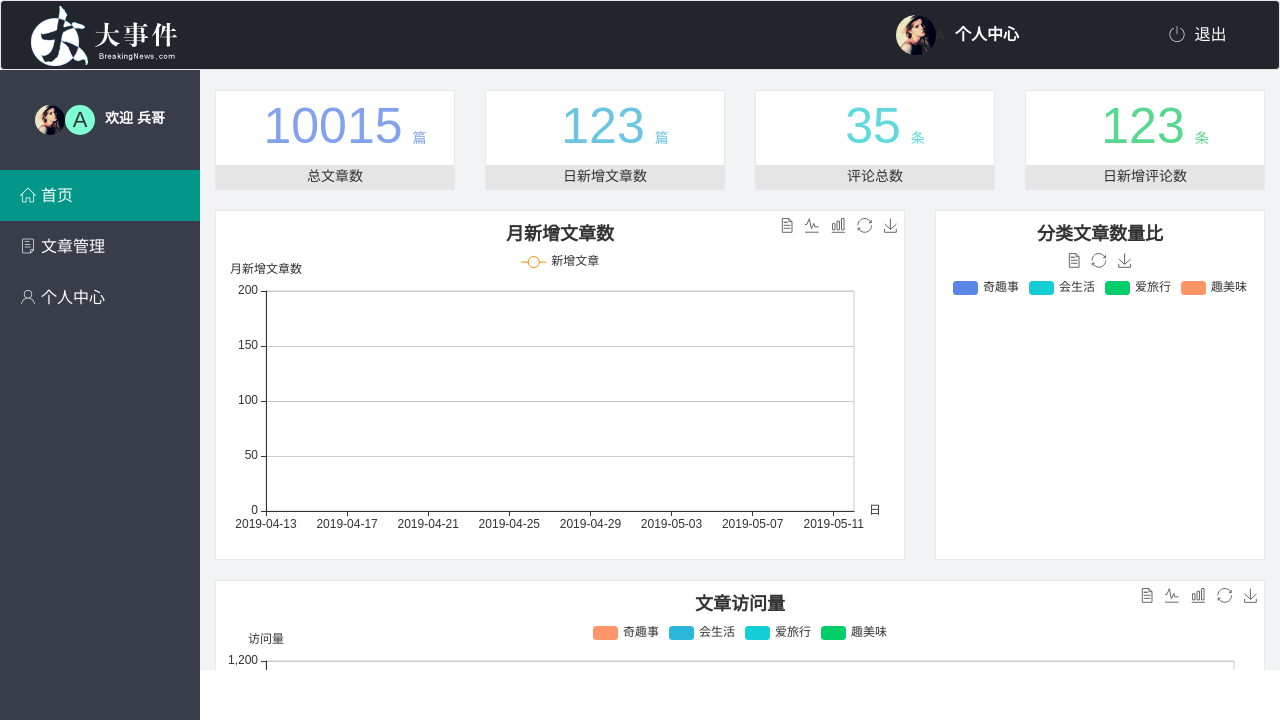
Repository: pursuit-YHP/project_dashijian
Page: index.html
An editor plug-in stored every save of this project. The page is shown before and after the next save, followed by the edit.
The browser window is 1280 px wide. The pictures show the whole page.
The style sheet was rebuilt from its Sass, Less or Tailwind sources for each picture, by a compiler version that may differ from the author's.

Above is the page before, as saved 2022-03-13 21:17:09.

### index.html
<!DOCTYPE html>
<html lang="en">

<head>
    <meta charset="UTF-8">
    <meta http-equiv="X-UA-Compatible" content="IE=edge">
    <meta name="viewport" content="width=device-width, initial-scale=1.0">
    <title>Document</title>
    <link rel="stylesheet" href="./assets/lib/bootstrap.css">
    <link rel="stylesheet" href="./assets/css/index.css">
    <link rel="stylesheet" href="./assets/fonts/iconfont.css">
</head>

<body>
    <!-- 头部 -->
    <nav class="navbar navbar-default">
        <div class="container-fluid">
            <div class="navbar-header">
                <a class="navbar-brand" href="#">
                    <img alt="Brand" src="./assets/images/logo.png">
                </a>
            </div>
            <div class="setting">
                <div class="tx_zoom">
                    <div class="touxiang"></div>
                    <span class="default_ava_myzoom">A</span>

                    <label class="myzoon">个人中心</label>
                </div>
                <div class="unlogin">
                    <span class="iconfont icon-tuichu"></span>
                    <span>退出</span>
                </div>
            </div>
        </div>

    </nav>
    <!-- 侧边导航栏 -->
    <aside>
        <div class="aside_head">
            <span class="user_ava"></span>
            <span class="default_ava">A</span>
            <label for="">欢迎 兵哥</label>

        </div>
        <div class="aside_body">
            <ul>
                <li class="current_li">
                    <a href="./home/dashboard.html" target="fm"><span class="iconfont icon-home"></span>首页</a>
                </li>
                <li><a href="javasecipt:;"><span class="iconfont icon-16"></span>文章管理</a></li>
                <ul>
                    <li><a href=""><span class="iconfont icon-16"></span>文章类别</a></li>
                    <li><a href=""><span class="iconfont icon-16"></span>文章列表</a></li>
                    <li><a href=""><span class="iconfont icon-16"></span>发表文章</a></li>
                </ul>
                <li><a href="javasecipt:;"><span class="iconfont icon-user"></span>个人中心</a></li>
                <ul>
                    <li><a href=""><span class="iconfont icon-16"></span>基本资料</a></li>
                    <li><a href=""><span class="iconfont icon-16"></span>更换头像</a></li>
                    <li><a href=""><span class="iconfont icon-16"></span>重置密码</a></li>
                </ul>
            </ul>
        </div>
    </aside>
    <!-- 中心区域 -->
    <main>
        <iframe name="fm" src="./home/dashboard.html" frameborder="0"></iframe>
    </main>
    <script src="./assets/lib/jquery.js"></script>
    <script src="/assets/js/baseAPI.js"></script>
    <script src="./assets/js/index.js"></script>
</body>

</html>

### assets/js/baseAPI.js
// 在每次执行ajax请求之前, 都会执行ajaxPrefilter(option)函数,option就是发起请求传递的配置项,
// 我们可以通过修改option.url来配置根路径
$.ajaxPrefilter(function(option) {
    // console.log(option.url);
    option.url = "http://www.liulongbin.top:3007" + option.url
})

### home/dashboard.html
<!DOCTYPE html>
<html lang="en">

<head>
  <meta charset="UTF-8">
  <meta name="viewport" content="width=device-width, initial-scale=1.0">
  <meta http-equiv="X-UA-Compatible" content="ie=edge">
  <title>图表统计</title>
  <link rel="stylesheet" href="../../assets/lib/bootstrap.css" />
  <link rel="stylesheet" href="../../assets/lib/main.css" />
  <script src="../../assets/lib/jquery.js"></script>
  <script type="text/javascript" src="../../assets/lib/echarts.min.js"></script>
</head>

<body>
  <div class="container-fluid">
    <div class="row spannel_list">
      <div class="col-sm-3 col-xs-6">
        <div class="spannel">
          <em>10015</em><span>篇</span>
          <b>总文章数</b>
        </div>
      </div>
      <div class="col-sm-3 col-xs-6">
        <div class="spannel scolor01">
          <em>123</em><span>篇</span>
          <b>日新增文章数</b>
        </div>
      </div>
      <div class="col-sm-3 col-xs-6">
        <div class="spannel scolor02">
          <em>35</em><span>条</span>
          <b>评论总数</b>
        </div>
      </div>
      <div class="col-sm-3 col-xs-6">
        <div class="spannel scolor03">
          <em>123</em><span>条</span>
          <b>日新增评论数</b>
        </div>
      </div>
    </div>
  </div>

  <div class="container-fluid">
    <div class="row curve-pie">
      <div class="col-lg-8 col-md-8">
        <div class="gragh_pannel" id="curve_show"></div>
      </div>
      <div class="col-lg-4 col-md-4">
        <div class="gragh_pannel" id="pie_show"></div>
      </div>
    </div>
  </div>

  <div class="container-fluid">
    <div class="column_pannel" id="column_show"></div>
  </div>

  <script>
    var oChart = echarts.init(document.getElementById('curve_show'));
    var aList_all = [
      { 'count': 36, 'date': '2019-04-13' },
      { 'count': 52, 'date': '2019-04-14' },
      { 'count': 78, 'date': '2019-04-15' },
      { 'count': 85, 'date': '2019-04-16' },
      { 'count': 65, 'date': '2019-04-17' },
      { 'count': 72, 'date': '2019-04-18' },
      { 'count': 88, 'date': '2019-04-19' },
      { 'count': 64, 'date': '2019-04-20' },
      { 'count': 72, 'date': '2019-04-21' },
      { 'count': 90, 'date': '2019-04-22' },
      { 'count': 96, 'date': '2019-04-23' },
      { 'count': 100, 'date': '2019-04-24' },
      { 'count': 102, 'date': '2019-04-25' },
      { 'count': 110, 'date': '2019-04-26' },
      { 'count': 123, 'date': '2019-04-27' },
      { 'count': 100, 'date': '2019-04-28' },
      { 'count': 132, 'date': '2019-04-29' },
      { 'count': 146, 'date': '2019-04-30' },
      { 'count': 200, 'date': '2019-05-01' },
      { 'count': 180, 'date': '2019-05-02' },
      { 'count': 163, 'date': '2019-05-03' },
      { 'count': 110, 'date': '2019-05-04' },
      { 'count': 80, 'date': '2019-05-05' },
      { 'count': 82, 'date': '2019-05-06' },
      { 'count': 70, 'date': '2019-05-07' },
      { 'count': 65, 'date': '2019-05-08' },
      { 'count': 54, 'date': '2019-05-09' },
      { 'count': 40, 'date': '2019-05-10' },
      { 'count': 45, 'date': '2019-05-11' },
      { 'count': 38, 'date': '2019-05-12' },
    ];

    let aCount = [];
    let aDate = [];

    for (var i = 0; i < aList_all.length; i++) {
      aCount.push(aList_all[i].count);
      aDate.push(aList_all[i].date);
    }

    var chartopt = {
      title: {
        text: '月新增文章数',
        left: 'center',
        top: '10'
      },
      tooltip: {
        trigger: 'axis'
      },
      legend: {
        data: ['新增文章'],
        top: '40'
      },
      toolbox: {
        show: true,
        feature: {
          mark: { show: true },
          dataView: { show: true, readOnly: false },
          magicType: { show: true, type: ['line', 'bar'] },
          restore: { show: true },
          saveAsImage: { show: true }
        }
      },
      calculable: true,
      xAxis: [
        {
          name: '日',
          type: 'category',
          boundaryGap: false,
          data: aDate
        }
      ],
      yAxis: [
        {
          name: '月新增文章数',
          type: 'value'
        }
      ],
      series: [
        {
          name: '新增文章',
          type: 'line',
          smooth: true,
          itemStyle: { normal: { areaStyle: { type: 'default' }, color: '#f80' }, lineStyle: { color: '#f80' } },
          data: aCount
        }],
      areaStyle: {
        normal: {
          color: new echarts.graphic.LinearGradient(0, 0, 0, 1, [{
            offset: 0,
            color: 'rgba(255,136,0,0.39)'
          }, {
            offset: .34,
            color: 'rgba(255,180,0,0.25)'
          }, {
            offset: 1,
            color: 'rgba(255,222,0,0.00)'
          }])

        }
      },
      grid: {
        show: true,
        x: 50,
        x2: 50,
        y: 80,
        height: 220
      }
    };

    oChart.setOption(chartopt);


    var oPie = echarts.init(document.getElementById('pie_show'));
    var oPieopt =
    {
      title: {
        top: 10,
        text: '分类文章数量比',
        x: 'center'
      },
      tooltip: {
        trigger: 'item',
        formatter: "{a} <br/>{b} : {c} ({d}%)"
      },
      color: ['#5885e8', '#13cfd5', '#00ce68', '#ff9565'],
      legend: {
        x: 'center',
        top: 65,
        data: ['奇趣事', '会生活', '爱旅行', '趣美味']
      },
      toolbox: {
        show: true,
        x: 'center',
        top: 35,
        feature: {
          mark: { show: true },
          dataView: { show: true, readOnly: false },
          magicType: {
            show: true,
            type: ['pie', 'funnel'],
            option: {
              funnel: {
                x: '25%',
                width: '50%',
                funnelAlign: 'left',
                max: 1548
              }
            }
          },
          restore: { show: true },
          saveAsImage: { show: true }
        }
      },
      calculable: true,
      series: [
        {
          name: '访问来源',
          type: 'pie',
          radius: ['45%', '60%'],
          center: ['50%', '65%'],
          data: [
            { value: 300, name: '奇趣事' },
            { value: 100, name: '会生活' },
            { value: 260, name: '爱旅行' },
            { value: 180, name: '趣美味' }
          ]
        }
      ]
    };
    oPie.setOption(oPieopt);



    var oColumn = this.echarts.init(document.getElementById('column_show'));
    var oColumnopt =
    {
      title: {
        text: '文章访问量',
        left: 'center',
        top: '10'
      },
      tooltip: {
        trigger: 'axis'
      },
      legend: {
        data: ['奇趣事', '会生活', '爱旅行', '趣美味'],
        top: '40'
      },
      toolbox: {
        show: true,
        feature: {
          mark: { show: true },
          dataView: { show: true, readOnly: false },
          magicType: { show: true, type: ['line', 'bar'] },
          restore: { show: true },
          saveAsImage: { show: true }
        }
      },
      calculable: true,
      xAxis: [
        {
          type: 'category',
          data: ['1月', '2月', '3月', '4月', '5月']
        }
      ],
      yAxis: [
        {
          name: '访问量',
          type: 'value'
        }
      ],
      series: [
        {
          name: '奇趣事',
          type: 'bar',
          barWidth: 20,
          itemStyle: {
            normal: { areaStyle: { type: 'default' }, color: '#fd956a' }
          },
          data: [800, 708, 920, 1090, 1200]
        },
        {
          name: '会生活',
          type: 'bar',
          barWidth: 20,
          itemStyle: {
            normal: { areaStyle: { type: 'default' }, color: '#2bb6db' }
          },
          data: [400, 468, 520, 690, 800]
        },
        {
          name: '爱旅行',
          type: 'bar',
          barWidth: 20,
          itemStyle: {
            normal: { areaStyle: { type: 'default' }, color: '#13cfd5' }
          },
          data: [500, 668, 520, 790, 900]
        },
        {
          name: '趣美味',
          type: 'bar',
          barWidth: 20,
          itemStyle: {
            normal: { areaStyle: { type: 'default' }, color: '#00ce68' }
          },
          data: [600, 508, 720, 890, 1000]
        }
      ],
      grid: {
        show: true,
        x: 50,
        x2: 30,
        y: 80,
        height: 260
      },
      dataZoom: [//给x轴设置滚动条
        {
          start: 0,//默认为0
          end: 100 - 1000 / 31,//默认为100
          type: 'slider',
          show: true,
          xAxisIndex: [0],
          handleSize: 0,//滑动条的 左右2个滑动条的大小
          height: 8,//组件高度
          left: 45, //左边的距离
          right: 50,//右边的距离
          bottom: 26,//右边的距离
          handleColor: '#ddd',//h滑动图标的颜色
          handleStyle: {
            borderColor: "#cacaca",
            borderWidth: "1",
            shadowBlur: 2,
            background: "#ddd",
            shadowColor: "#ddd",
          }
        }]
    };
    oColumn.setOption(oColumnopt);
  </script>
</body>

</html>

### assets/css/index.less
*{
    padding: 0;
    margin: 0;
}
a{
    text-decoration: none;
    color: white;
}

a:link {
    color: white;
    text-decoration: none;
}
/*已经访问过的链接*/
a:visited {
    text-decoration: none;
    color: white;
}
/*鼠标划过(停留)的链接*/
a:hover {
    color: white;
    text-decoration: none;
}
/* 正在点击的链接*/
a:active {
    color: white;
    text-decoration: none;
}
.navbar-default{
    height: 70px;
    background-color: rgba(34, 38, 44)!important;

    img{
        margin-left: 15px;
        margin-top: -10px;
    }
}
.setting{
    width: 30%;
    height: 100%;
    position: absolute;
    top: 0;
    right: 0;
    display: flex;
    align-items: center;
    justify-content: space-around;
}
.tx_zoom{
    flex:1;
    display: flex;
    align-items: center;
}
.touxiang{
    display: inline-block;
    width: 40px;
    height: 40px;
    border-radius: 50%;
    background: url(../images/sample.jpg) no-repeat center;
    background-size: 40px auto;
}
.myzoon{
    display: inline-block;
    margin-left: 10px;
    color: white;
    font-size: 16px;
    margin-bottom: 0;
}
.unlogin{
    width: 80px;
    margin-right: 30px;
    color: white;
    font-size: 16px;
}

aside{
    position: fixed;
    left: 0;
    top: 70px;
    width: 200px;
    height: 100%;
    background-color: #393D49;
}
.aside_head{
    width: 100%;
    height: 100px;
    line-height: 100px;
    text-align: center;
    display: flex;
    align-items: center;
    justify-content: center;
    .user_ava{
        display: inline-block;
        width: 30px;
        height: 30px;
        border-radius: 50%;
        background: url(../images/sample.jpg) no-repeat center;
        background-size: 30px;
        color: white;
    }
    label{
        margin-left: 10px;
        color: white;
    }
}
.aside_body{
    li{
        padding: 15px 20px;
        font-size: 16px;
        line-height: 20px;
    }
    >ul ul{
        display: none;
        li{
            padding-left: 30px;
        }
    }
}

.iconfont{
    margin-right: 5px;
}
.current_li{
    background-color: rgba(0, 150, 136);
}
main{
    width: calc(100% - 200px);
    height: calc(100% - 70px - 50px);
    position: fixed;
    top: 70px;
    left: 200px;
}
iframe{
    width: 100%;
    height: 100%;
}
.default_ava{
    display: inline-block;
    width: 30px;
    height: 30px;
    border-radius: 50%;
    line-height: 30px;
    text-align: center;
    font-size: 22px;
    background-color: aquamarine;
}

Loaded but not shown: assets/lib/bootstrap.css (library); assets/fonts/iconfont.css (common file); assets/lib/jquery.js (library); assets/lib/main.css (library); assets/lib/echarts.min.js (library); assets/js/index.js (no stored copy; drawn as an empty file)

After the next save:
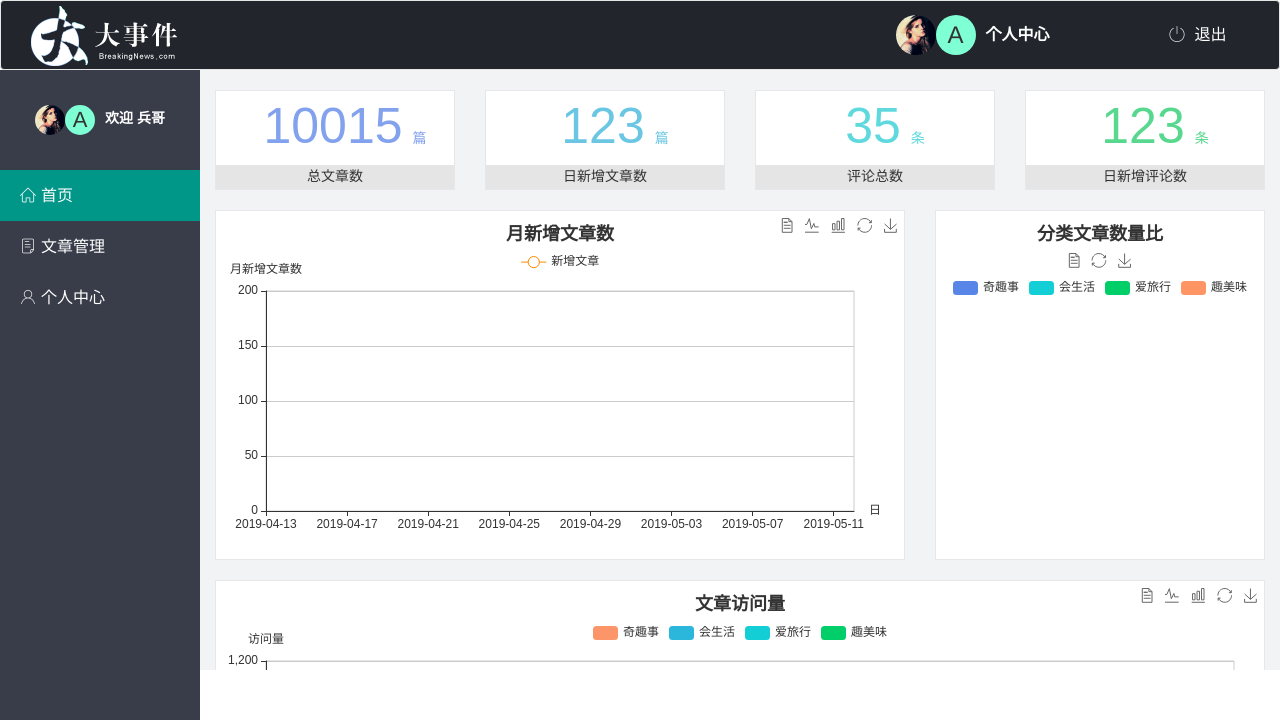
Saved 29 s later.
--- a/assets/css/index.less
+++ b/assets/css/index.less
@@ -133,7 +133,7 @@ iframe{
     width: 100%;
     height: 100%;
 }
-.default_ava{
+.default_ava,.default_ava_myzoom{
     display: inline-block;
     width: 30px;
     height: 30px;
@@ -143,3 +143,9 @@ iframe{
     font-size: 22px;
     background-color: aquamarine;
 }
+.default_ava_myzoom{
+    width: 40px;
+    height: 40px;
+    line-height: 40px;
+    font-size: 24px;
+}
